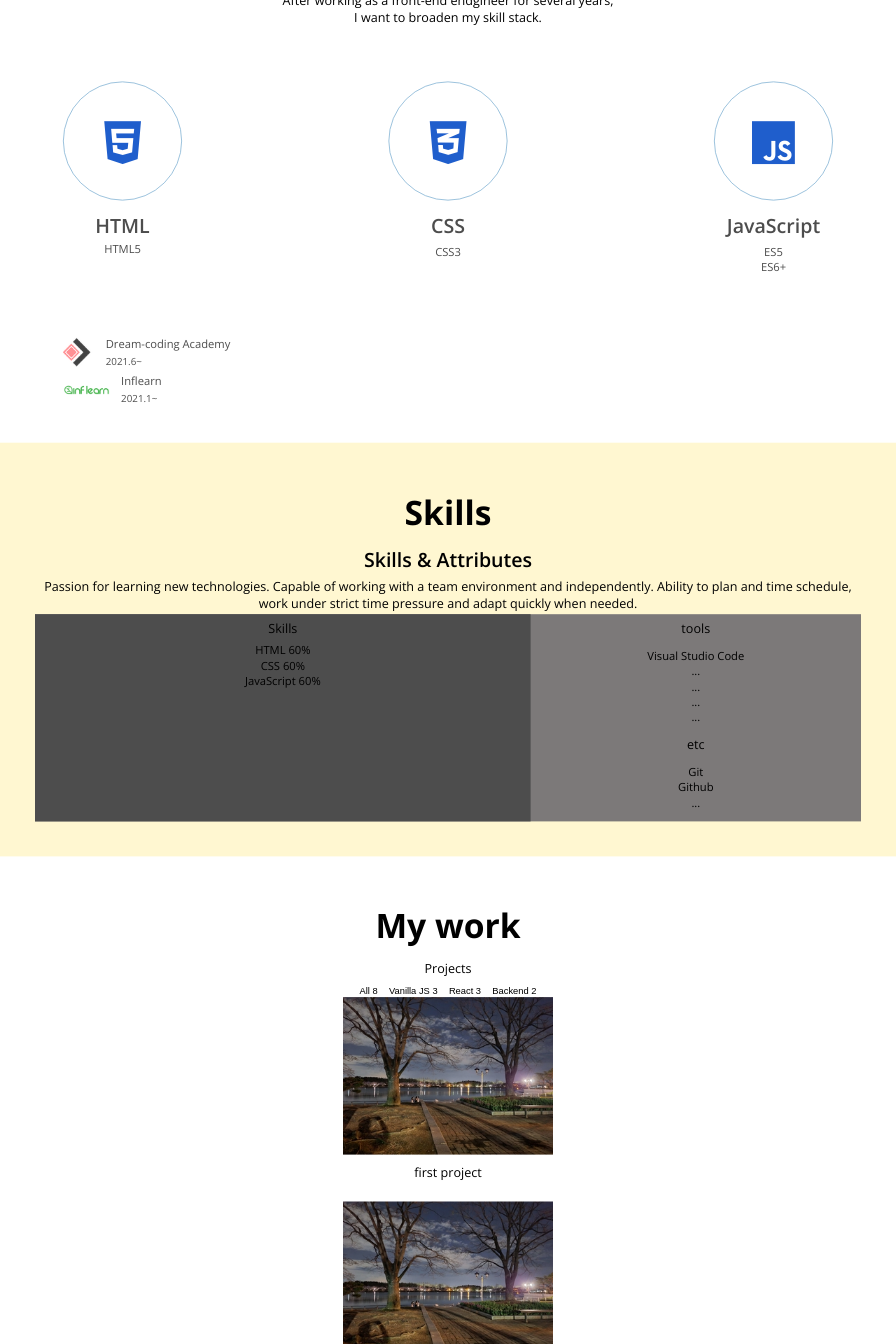
Repository: delphkim/portfolio
Page: index.html
An editor plug-in stored every save of this project. The page is shown before and after the next save, followed by the edit.
The browser window is 1280 px wide. The pictures show the part of the page from y = 918 to 2838 px (the page is 5923 px tall), at 70% of full size.
Some web libraries are served in a nearby version.

Above is the page before, as saved 2021-08-04 13:17:54.

### index.html
<!DOCTYPE html>
<html lang="en">
  <head>
    <meta charset="UTF-8" />
    <meta http-equiv="X-UA-Compatible" content="IE=edge" />
    <meta name="viewport" content="width=device-width, initial-scale=1.0" />
    <title>DevelPhaba's Portfolio</title>
    <meta name="description" content="Portfolio for world-reknowned software engineer develPhaba"/>
    <meta name="author" content="develPhaba" />
    <link rel="icon" type="img/png" href="./imgs/favicon.png">
    <script src="https://kit.fontawesome.com/d2b892ca94.js" crossorigin="anonymous"></script>
    <link rel="preconnect" href="https://fonts.googleapis.com" />
    <link rel="preconnect" href="https://fonts.gstatic.com" crossorigin />
    <link href="https://fonts.googleapis.com/css2?family=Open+Sans:wght@400;600;700&display=swap" rel="stylesheet"/>
    <!-- CSS rules to specify families -->
    <!-- 1. font-family: 'Open Sans', sans-serif;  -->
    <link rel="stylesheet" href="./style.css">
    <script src="./main.js" defer></script>
  </head>
  <body>
    <!-- Navbar -->
    <nav id="navbar">
      <div class="navbar__logo">
        <img class="navbar__icon" src="./imgs/favicon.png" alt="logo">
        <a href="#">develPhaba</a>
      </div>

        <ul class="navbar__menu">
          <li class="navbar__menu__item active">Home</li>
          <li class="navbar__menu__item">About</li>
          <li class="navbar__menu__item">Skills</li>
          <li class="navbar__menu__item">My work</li>
          <li class="navbar__menu__item">Testimonials</li>
          <li class="navbar__menu__item">Contact</li>
        </ul>

    </nav>
    <!-- Home -->
    <section id="home">
      <img src="./imgs/home.jpg"
           alt="develPhabas' profile photo"
           class="home__avatar">
           <h1 class="home__title">Hello, <br>I'm develPhaba</br></h1>
           <h2 class="home__description">Front-end engineer, who wants to be a Full-stack engineer </h2>
           <button class="home__contact">Contact me</button>
    </section>
    <!-- About -->
    <section id="about" class="section section__container">
      <h1>About me</h1>
      <p>I've studied front-end skills.
        <br>After working as a front-end endgineer for several years,
        <br>I want to broaden my skill stack.
      </p>
      <div class="about__majors">
        <div class="major">
          <div class="major__icon">
            <i class="fab fa-html5"></i>
          </div>
          <h2 class="major__title">HTML</>
          <p class="major__description">HTML5</p>
        </div>
        <div class="major">
            <div class="major__icon">
              <i class="fab fa-css3-alt"></i>
            </div>
            <h2 class="major__title">CSS</h2>
            <p class="major__description">CSS3</p>
        </div>
        <div class="major">
          <div class="major__icon">
            <i class="fab fa-js"></i>
          </div>
          <h2 class="major__title">JavaScript</h2>
          <p class="major__description">ES5<br>ES6+</p>
        </div>
      </div>
      <div class="about__schools">
        <div class="school">
          <img src="./imgs/schools/dream-coding.png" alt="dream-coding" class="school__logo">
          <div class="school__description">
             <p class="school__title">Dream-coding Academy</p>
             <p class="school__years">2021.6~</p>
          </div>
        </div>
        <div class="school">
          <img src="./imgs/schools/inflearn.png" alt="inflearn" class="school__logo">
          <div class="school__description">
             <p class="school__title">Inflearn</p>
             <p class="school__years">2021.1~</p>
          </div>
        </div>
      </div>

    </section>
    <!-- Skills -->
     <section id="skills" class="section">
       <div class="section__container">
           <h1>Skills</h1>
  <h2>Skills & Attributes</h2>
  <p>
    Passion for learning new technologies. Capable of working with a team environment
    and independently. Ability to plan and time schedule, work under
    strict time pressure and adapt quickly when needed.
  </p>
  <div class="skillset">
    <div class="skillset__left">
      <h3 class="skillset__title">Skills</h3>
      <div class="skill">
        <div class="skill__description">
          <span>HTML</span>
          <span>60%</span>
        </div>
        <div class="skill__bar">
          <div class="skill__value"></div>
        </div>
      </div>
      <div class="skill">
        <div class="skill__description">
          <span>CSS</span>
          <span>60%</span>
        </div>
        <div class="skill__bar">
          <div class="skill__value"></div>
        </div>
      </div>
      <div class="skill">
        <div class="skill__description">
          <span>JavaScript</span>
          <span>60%</span>
        </div>
        <div class="skill__bar">
          <div class="skill__value"></div>
        </div>
      </div>
    </div>
    <div class="skillset__right">
      <div class="tools">
        <h3 class="skillset__title">tools</h3>
        <ul class="tools__list">
          <li><span>Visual Studio Code</span></li>
          <li><span>...</span></li>
          <li><span>...</span></li>
          <li><span>...</span></li>
          <li><span>...</span></li>
        </ul>
      </div>
      <div class="etc">
        <h3 class="skillset__title">etc</h3>
        <ul class="ect__list">
          <li><span>Git</span></li>
          <li><span>Github</span></li>
          <li><span>...</span></li>
        </ul>
      </div>
    </div>
  </div>
       </div>
    </section>
   <!-- Work -->
    <section id="work" class="section">
      <h1>My work</h1>
      <h3>Projects</h3>
      <div class="work__categories">
        <button class="category__btn">All <span class="category__count">8</span></button>
        <button class="category__btn">Vanilla JS <span class="category__count">3</span></button>
        <button class="category__btn">React <span class="category__count">3</span></button>
        <button class="category__btn">Backend <span class="category__count">2</span></button>
      </div>
      <div class="work__projects">
        <a href="https://github.com/develPhaba/test"
           class="project"
           targe="blank">
           <img class="project__img" src="./imgs/projects/1.jpg" alt="one">
           <div class="project__description">
             <h3>first project</h3>
             <span>Clone coding with HTML and CSS</span>
           </div>
        </a>
        <a href="https://github.com/develPhaba/test"
           class="project"
           target="blank">
           <img class="project__img" src="./imgs/projects/2.jpg" alt="two">
           <div class="project__description">
            <h3>Second project</h3>
            <span>Clone coding with HTML, CSS and JavaScript</span>
          </div>
        </a>
        <a href="https://github.com/develPhaba/test"
           class="project"
           target="blank">
           <img class="project__img" src="./imgs/projects/3.jpg" alt="three">
           <div class="project__description">
            <h3>third project</h3>
            <span>Clone coding with HTML,CSS and JavaScript</span>
           </div>
        </a>
        <a href="https://github.com/develPhaba/test"
           class="project"
           target="blank">
          <img class="project__img" src="./imgs/projects/4.jpg" alt="four">
          <div class="project__description">
            <h3>fourth project</h3>
            <span>Clone coding,Front-end with React</span>
          </div>
        </a>
        <a href="https://github.com/develPhaba/test"
           class="project"
           target="blank">
          <img class="project__img" src="./imgs/projects/5.jpg" alt="five">
          <div class="project__description">
            <h3>fifth project</h3>
            <span>Clone coding,Front-end with React</span>
          </div>
        </a>
        <a href="https://github.com/develPhaba/test"
           class="project"
           target="blank">
          <img class="project__img" src="./imgs/projects/6.jpg" alt="six">
          <div class="project__description">
            <h3>sixth project</h3>
            <span>Clone coding,Front-end with React</span>
          </div>
        </a>
        <a href="https://github.com/develPhaba/test"
           class="project"
           target="blank">
           <img class="project__img" src="./imgs/projects/7.jpg" alt="seven">
           <div class="project__description">
            <h3>seventh project</h3>
            <span>Clone coding, Back-end with Node.js</span>
           </div>
        </a>
        <a href="https://github.com/develPhaba/test"
           class="project"
           target="blank">
           <img class="project__img" src="./imgs/projects/8.jpg" alt="eight">
           <div class="project__description">
            <h3>eighth project</h3>
            <span>Clone coding, Back-end with Node.js</span>
           </div>
        </a>
      </div>
    </section>
    <!-- Testimonials -->
    <section id="testimonials" class="section">
      <h1>Testimonials</h1>
      <h3>See what they say about me</h3>
      <div class="testimonials">
        <div class="testimonial">
          <img src="./imgs/testimonial/people1.jpg"
               alt="people"
               class="testimonial__avatar">
               <div class="testimonial__speech-bubble">
                 <p>Lorem ipsum dolor sit amet consectetur adipisicing elit. Magnam, vitae.
                   Dolores sit in amet quos. Alias maiores accusantium dolore error illo eligendi,
                   vel sint aperiam nemo soluta debitis deserunt voluptas.</p>
                   <p class="name"><a href="https://github.com/develPhaba/test">TestName</a>/Test company</p>
               </div>
        </div>
        <div class="testimonial">
          <img src="./imgs/testimonial/people2.jpg"
               alt="people"
               class="testimonial__avatar">
               <div class="testimonial__speech-bubble">
                <p>Lorem ipsum dolor sit amet consectetur adipisicing elit. Magnam, vitae.
                  Dolores sit in amet quos. Alias maiores accusantium dolore error illo eligendi,
                  vel sint aperiam nemo soluta debitis deserunt voluptas.</p>
                <p class="name"><a href="https://github.com/develPhaba/test">TestName2</a>/Test company2</p>
              </div>
        </div>
      </div>
    </section>
    <!-- Contact -->
    <section id="contact" class="section">
      <h1 class="contact__title">Let's talk</h1>
      <h2 class="contact__email">hgkim9201@gmail.com</h2>
      <div class="contact__links">
      <a href="https://github.com/develPhaba">
        <i class="fa fa-github"></i>
      </a>
      <a href="">
      <i class="fa fa-linkedin-square"></i>
      </a>
      </div>
      <p class="contact__rights">Dreaming-coding Ellie -All rights reserved</p>
    </section>
  </body>
</html>

### style.css
:root {
  /* Color */
  --color-white: #ffffff;
  --color-light-white: #eeeeee;
  --color-dark-white: #bdbdbd;
  --color-pink: #fe918d;
  --color-dark-pink: #ff6863;
  --color-dark-grey: #4d4d4d;
  --color-grey: #616161;
  --color-light-grey: #7c7979;
  --color-blue: #73aace;
  --color-yellow: #fff7d1;
  --color-orange: #feb546;
  --color-black: #000000;
  --color-green: #80deea;
  --color-sky-blue: #2979ff;
  --color-dark-blue: rgb(31, 94, 204);
  /* Font size */
  --font-large: 48px;
  --font-medium: 28px;
  --font-regular: 18px;
  --font-small: 16px;
  --font-micro: 14px;
  /* Font weight */
  --weight-bold: 700;
  --weight-semi-bold: 600;
  --weight-regular: 400;
  /* Size */
  --size-border-radius: 4px;
  /*Animation*/
  --animation-duration: 300ms;
}
/* Universal tags */
* {
  box-sizing: border-box;
}
body {
  font-family: "Open Sans", sans-serif;
  margin: 0;
  cursor: default;
}
a {
  text-decoration: none;
  color: var(--color-white);
}
ul {
  list-style: none;
  padding-left: 0;
}
h1 {
  font-size: var(--font-large);
  font-weight: var(--weight-bold);
  color: var(--color-black);
  margin: 16px 0;
}
h2 {
  font-size: var(--font-medium);
  font-weight: var(--weight-semi-bold);
  color: var(--color-black);
  margin: 8px 0;
}
h3 {
  font-size: var(--font-regular);
  font-weight: var(--weight-regular);
  color: var(--color-black);
  margin: 8px 0;
}
p {
  font-size: var(--font-regular);
  font-weight: var(--weight-regular);
  color: var(--color-black);
  margin: 4px 0;
}
button {
  background-color: transparent;
  cursor: pointer;
  border: none;
  outline: none;
}
/* Navbar */
#navbar {
  display: flex;
  justify-content: space-between;
  background-color: var(--color-sky-blue);
  align-items: center;
  color: var(--color-white);
  padding: 16px;
}
.navbar__logo {
  font-size: var(--font-medium);
  font-weight: var(--weight-semi-bold);
}
.navbar__icon {
  width: var(--font-medium);
  height: var(--font-medium);
}
.navbar__menu {
  display: flex;
}
.navbar__menu__item {
  padding: 8px 12px;
  margin: 0 4px;
  cursor: pointer;
  border-radius: var(--size-border-radius);
}
.navbar__menu__item:hover {
  background-color: var(--color-dark-blue);
}
.navbar__menu__item.active {
  border: 1px solid var(--color-white);
}
/*Home*/
#home {
  background: url(./imgs/homepage-background.png) center/cover no-repeat;
  padding: 40px;
  text-align: center;
}
.home__avatar {
  width: 250px;
  height: 250px;
  border-radius: 50%;
  border: 2px solid var(--color-light-white);
}
.home__title,
.home__description {
  color: var(--color-white);
}
.home__contact {
  color: var(--color-white);
  font-size: var(--font-regular);
  font-weight: var(--weight-bold);
  margin: 24px;
  padding: 8px 12px;
  border: 2px solid var(--color-white);
  border-radius: var(--size-border-radius);
}
/* Section common */
.section {
  text-align: center;
  padding: 50px;
  margin: auto;
}
.section__container {
  max-width: 1200px;
  margin: auto;
}
/* About me */
.about__majors {
  display: flex;
  justify-content: space-between;
  margin: 80px 0;
}
.major__icon {
  color: var(--color-dark-blue);
  font-size: 70px;
  width: 170px;
  height: 170px;
  line-height: 170px;
  margin: auto;
  border: 1px solid var(--color-blue);
  border-radius: 50%;
  margin-bottom: 16px;
}
.major__title,
.major__description {
  color: var(--color-dark-grey);
}
.major__description {
  font-size: var(--font-small);
}
.major__icon i {
  transition: all var(--animation-duration) ease;
}
.major__icon:hover i {
  transform: rotate(-30deg) scale(1.1);
  color: var(--color-dark-pink);
}
.school {
  display: flex;
  align-items: center;
}
.school__description {
  margin: 0 16px;
  text-align: left;
}
.school__title,
.school__years {
  color: var(--color-dark-grey);
}

.school__title {
  font-size: var(--font-small);
}
.school__years {
  font-size: var(--font-micro);
}
/* Skills */
#skills {
  background-color: var(--color-yellow);
}
.skillset {
  display: flex;
  background-color: var(--color-light-grey);
}
.skillset__left {
  flex-basis: 60%;
  background-color: var(--color-dark-grey);
}
.skillset__right {
  flex-basis: 40%;
}
.skillset__right tools {
  background-color: var(--color-grey);
}

Loaded but not shown: main.js (no stored copy; drawn as an empty file)

After the next save:
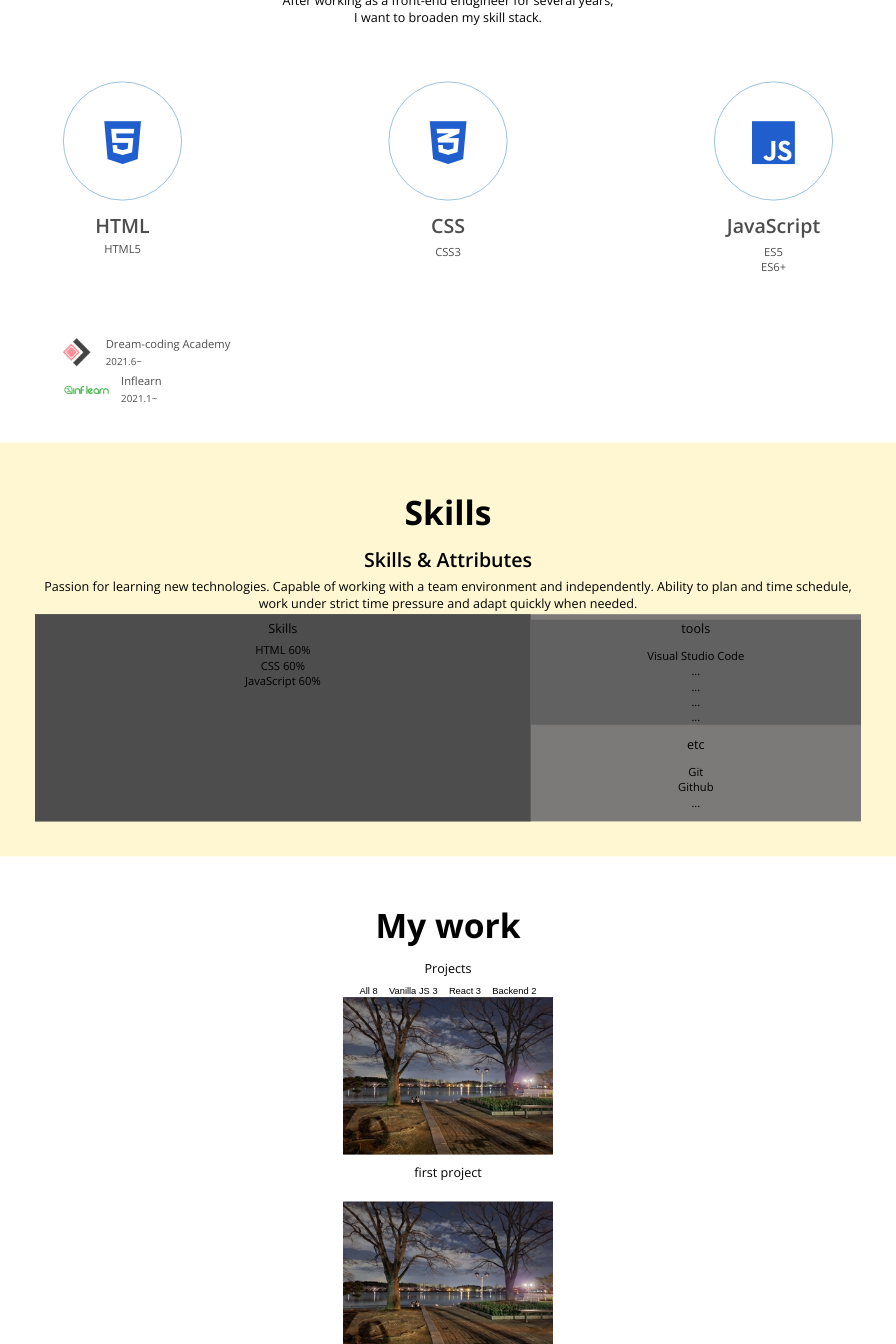
Saved 99 s later.
--- a/style.css
+++ b/style.css
@@ -209,6 +209,6 @@
 .skillset__right {
   flex-basis: 40%;
 }
-.skillset__right tools {
+.skillset__right .tools {
   background-color: var(--color-grey);
 }
